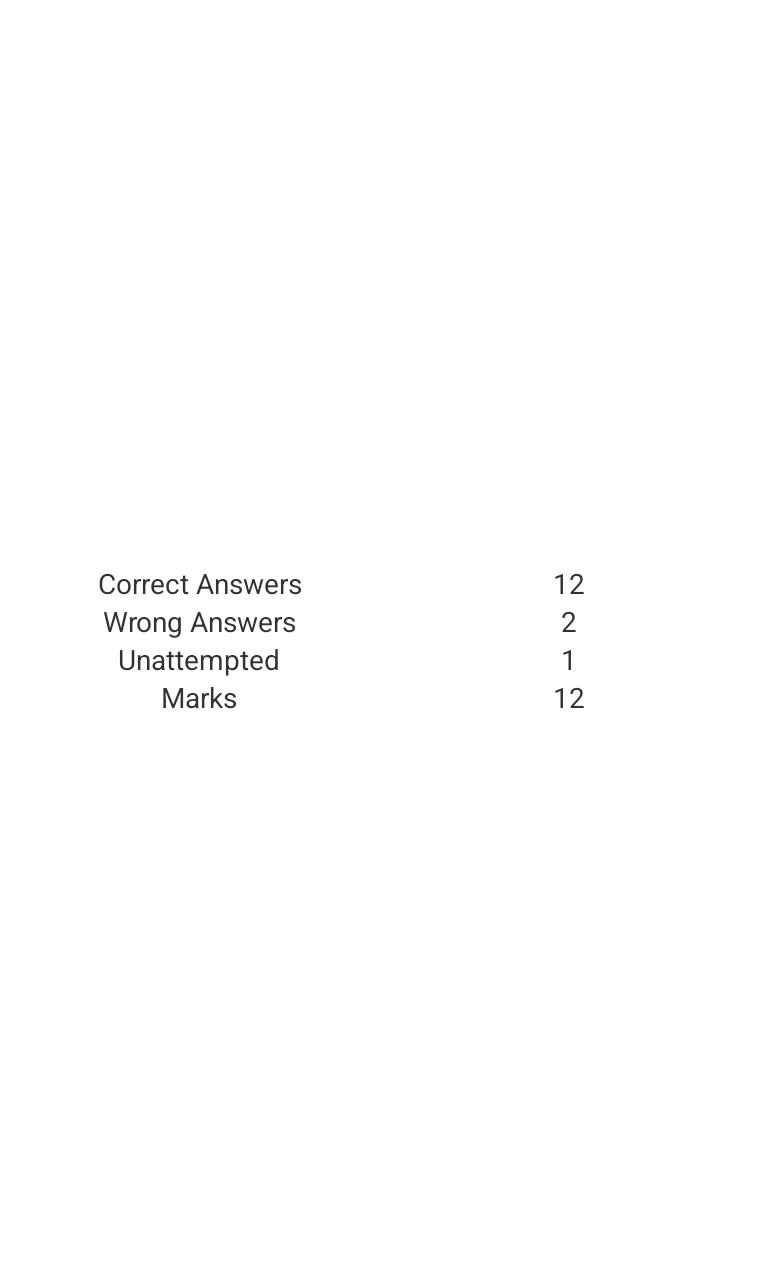
Repository: Harshil737/Career-Launcher
Layout: CareerLauncher/res/layout/activity_test_result_page.xml
An editor plug-in stored every save of this project. The layout is shown before and after the next save, followed by the edit.
It is drawn on a 768 x 1280 px phone screen (xhdpi) without system bars, with theme AppTheme; the app's code is not run.

Above is the layout before, as saved 2017-11-04 11:10:40.

### CareerLauncher/res/layout/activity_test_result_page.xml
<RelativeLayout xmlns:android="http://schemas.android.com/apk/res/android"
    xmlns:tools="http://schemas.android.com/tools"
    android:layout_width="match_parent"
    android:layout_height="match_parent"
    android:paddingBottom="@dimen/activity_vertical_margin"
    android:paddingLeft="@dimen/activity_horizontal_margin"
    android:paddingRight="@dimen/activity_horizontal_margin"
    android:paddingTop="@dimen/activity_vertical_margin"
    tools:context=".TestResultPage" >

    <LinearLayout
        android:layout_width="match_parent"
        android:layout_height="wrap_content"
        android:layout_centerVertical="true"
        android:gravity="center_vertical"
        android:orientation="vertical" >

        <LinearLayout
            android:layout_width="match_parent"
            android:layout_height="wrap_content"
            android:orientation="horizontal" >

            <TextView
                android:layout_width="0dp"
                android:layout_height="wrap_content"
                android:layout_weight="1"
                android:gravity="center_horizontal"
                android:text="Correct Answers" />

            <TextView
                android:layout_width="0dp"
                android:layout_height="wrap_content"
                android:layout_weight="1"
                android:gravity="center_horizontal"
                android:text="12" />
        </LinearLayout>

        <LinearLayout
            android:layout_width="match_parent"
            android:layout_height="wrap_content"
            android:orientation="horizontal" >

            <TextView
                android:layout_width="0dp"
                android:layout_height="wrap_content"
                android:layout_weight="1"
                android:gravity="center_horizontal"
                android:text="Wrong Answers" />

            <TextView
                android:layout_width="0dp"
                android:layout_height="wrap_content"
                android:layout_weight="1"
                android:gravity="center_horizontal"
                android:text="2" />
        </LinearLayout>

        <LinearLayout
            android:layout_width="match_parent"
            android:layout_height="wrap_content"
            android:orientation="horizontal" >

            <TextView
                android:layout_width="0dp"
                android:layout_height="wrap_content"
                android:layout_weight="1"
                android:gravity="center_horizontal"
                android:text="Unattempted" />

            <TextView
                android:layout_width="0dp"
                android:layout_height="wrap_content"
                android:layout_weight="1"
                android:gravity="center_horizontal"
                android:text="1" />
        </LinearLayout>

        <LinearLayout
            android:layout_width="match_parent"
            android:layout_height="wrap_content"
            android:orientation="horizontal" >

            <TextView
                android:layout_width="0dp"
                android:layout_height="wrap_content"
                android:layout_weight="1"
                android:gravity="center_horizontal"
                android:text="Marks" />

            <TextView
                android:layout_width="0dp"
                android:layout_height="wrap_content"
                android:layout_weight="1"
                android:gravity="center_horizontal"
                android:text="12" />
        </LinearLayout>
    </LinearLayout>

</RelativeLayout>

### CareerLauncher/res/values/styles.xml
<resources>

    <style name="AppBaseTheme" parent="android:Theme.Light"></style>

    <!-- Application theme. -->
    <style name="AppTheme" parent="AppBaseTheme"></style>

</resources>

Loaded but not shown: CareerLauncher/res/values-v11/styles.xml (common file); CareerLauncher/res/values-v14/styles.xml (common file); CareerLauncher/res/values/dimens.xml (common file)

After the next save:
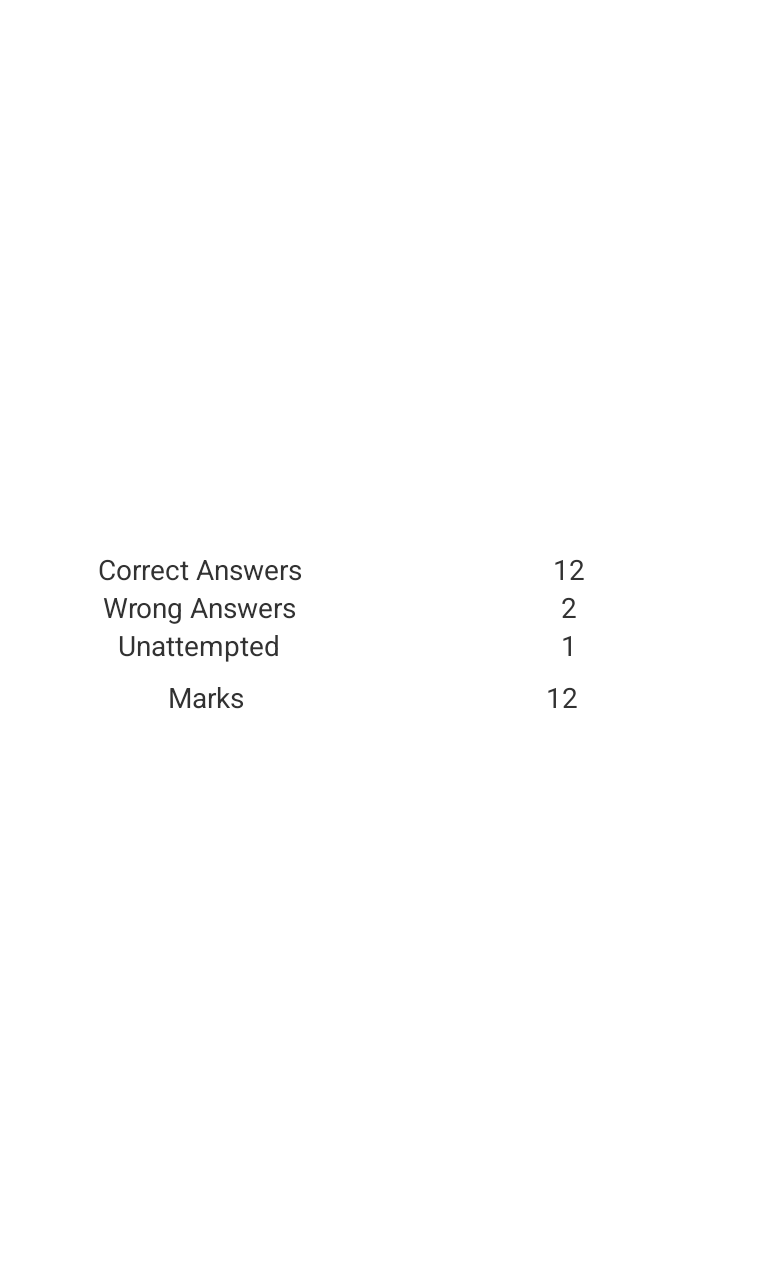
Saved 11 s later.
--- a/CareerLauncher/res/layout/activity_test_result_page.xml
+++ b/CareerLauncher/res/layout/activity_test_result_page.xml
@@ -78,6 +78,7 @@
         <LinearLayout
             android:layout_width="match_parent"
             android:layout_height="wrap_content"
+            android:layout_margin="7dp"
             android:orientation="horizontal" >
 
             <TextView
